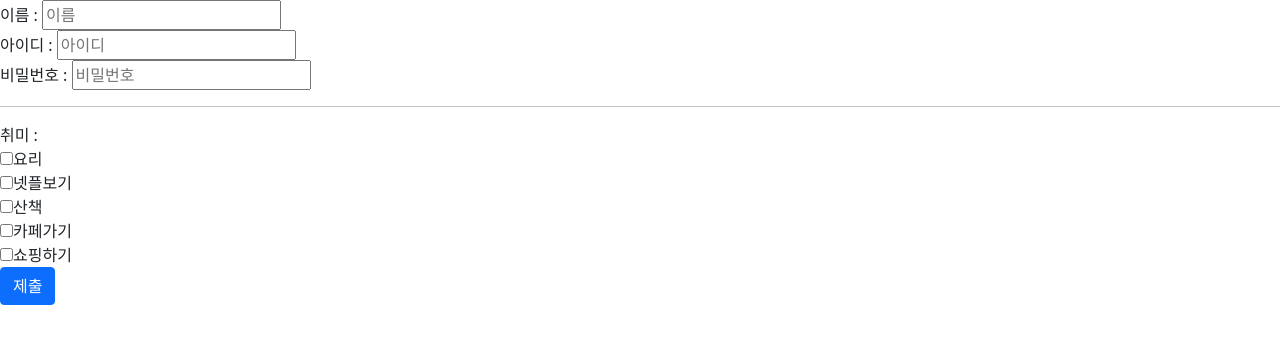
Repository: SimpleRan/jsp_paractice2
Page: http://localhost/JSPBasic/jspobject/request/req_user_form.jsp
An editor plug-in stored every save of this project. The page is shown before and after the next save, followed by the edit.
The browser window is 1280 px wide. The pictures show the whole page.
The page is served by Tomcat 9.

Above is the page before, as saved 2022-03-25 10:40:49.

### JSPBasic/src/main/webapp/jspobject/request/req_user_form.jsp
<%@ page language="java" contentType="text/html; charset=UTF-8"
    pageEncoding="UTF-8"%>
<!DOCTYPE html>

<html>
<head>
<!-- 이곳에 head사이에  bootstrap을 갖다 붙이면 좀더 세련되게 꾸밀 수 있다  -->
<link href="https://cdn.jsdelivr.net/npm/bootstrap@5.1.3/dist/css/bootstrap.min.css" rel="stylesheet" integrity="sha384-1BmE4kWBq78iYhFldvKuhfTAU6auU8tT94WrHftjDbrCEXSU1oBoqyl2QvZ6jIW3" crossorigin="anonymous">
<meta charset="UTF-8">
<title>Insert title here</title>
</head>
<body>
<%--현재 파일인 req_user_form.jsp에 폼 태그를 만들어보겠습니다.
	목적지는 함께 req_user.jsp 파일입니다. post방식으로 데이터를 전달합니다.
	먼저 이름, 아이디, 비밀번호를 입력해 보낼 수 있는 input태그를 만들어주세요.
	각 태그의 name 속성은 uname, uid, upw 입니다.
	데이터를 받아주는 req_user.jsp에서 한글이 깨지지 않도록 받아서 화면에 출력해주세요. --%>
	<form action = "http://localhost:8181/JSPBasic/jspobject/request/req_user.jsp" method="post">
	이름 : <input type= "text" name="uname" placeholder="이름"/><br/>
	아이디 : <input type= "text" name="uid" placeholder="아이디"/><br/>
	비밀번호 : <input type= "password" name="upw"placeholder="비밀번호"/><br/>
	<hr/>

	취미 :<br/>
		<input type= "checkbox" name="hobby">요리 &nbsp; <br/>
		<input type= "checkbox" name="hobby">넷플보기 &nbsp; <br/>
		<input type= "checkbox" name="hobby">산책 &nbsp; <br/>
		<input type= "checkbox" name="hobby">카페가기 &nbsp; <br/>
		<input type= "checkbox" name="hobby">쇼핑하기 &nbsp; <br/>

		<input type= "submit" class="btn btn-primary" value="제출"/>
  </form>
</body>
</html>

After the next save:
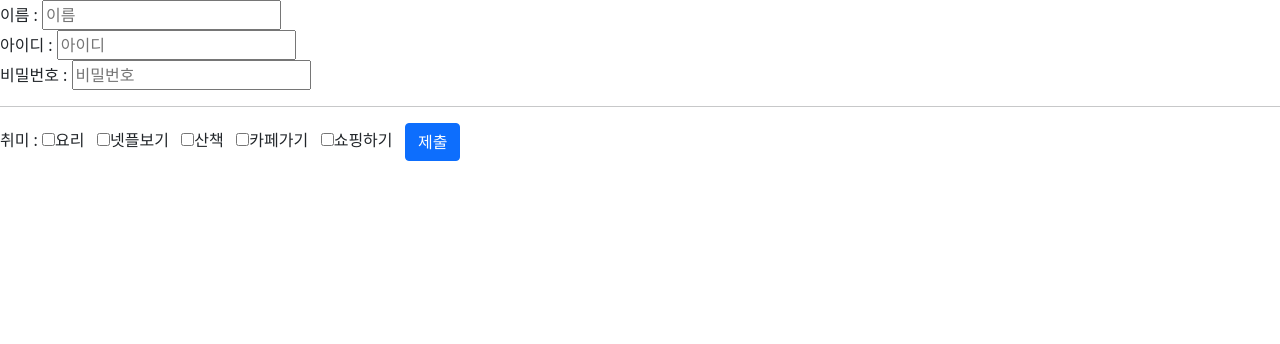
Saved 34 s later.
--- a/JSPBasic/src/main/webapp/jspobject/request/req_user_form.jsp
+++ b/JSPBasic/src/main/webapp/jspobject/request/req_user_form.jsp
@@ -21,12 +21,12 @@
 	비밀번호 : <input type= "password" name="upw"placeholder="비밀번호"/><br/>
 	<hr/>
 
-	취미 :<br/>
-		<input type= "checkbox" name="hobby">요리 &nbsp; <br/>
-		<input type= "checkbox" name="hobby">넷플보기 &nbsp; <br/>
-		<input type= "checkbox" name="hobby">산책 &nbsp; <br/>
-		<input type= "checkbox" name="hobby">카페가기 &nbsp; <br/>
-		<input type= "checkbox" name="hobby">쇼핑하기 &nbsp; <br/>
+	취미 :
+		<input type= "checkbox" name="hobby">요리 &nbsp;
+		<input type= "checkbox" name="hobby">넷플보기 &nbsp;
+		<input type= "checkbox" name="hobby">산책 &nbsp;
+		<input type= "checkbox" name="hobby">카페가기 &nbsp;
+		<input type= "checkbox" name="hobby">쇼핑하기 &nbsp;
 
 		<input type= "submit" class="btn btn-primary" value="제출"/>
   </form>
